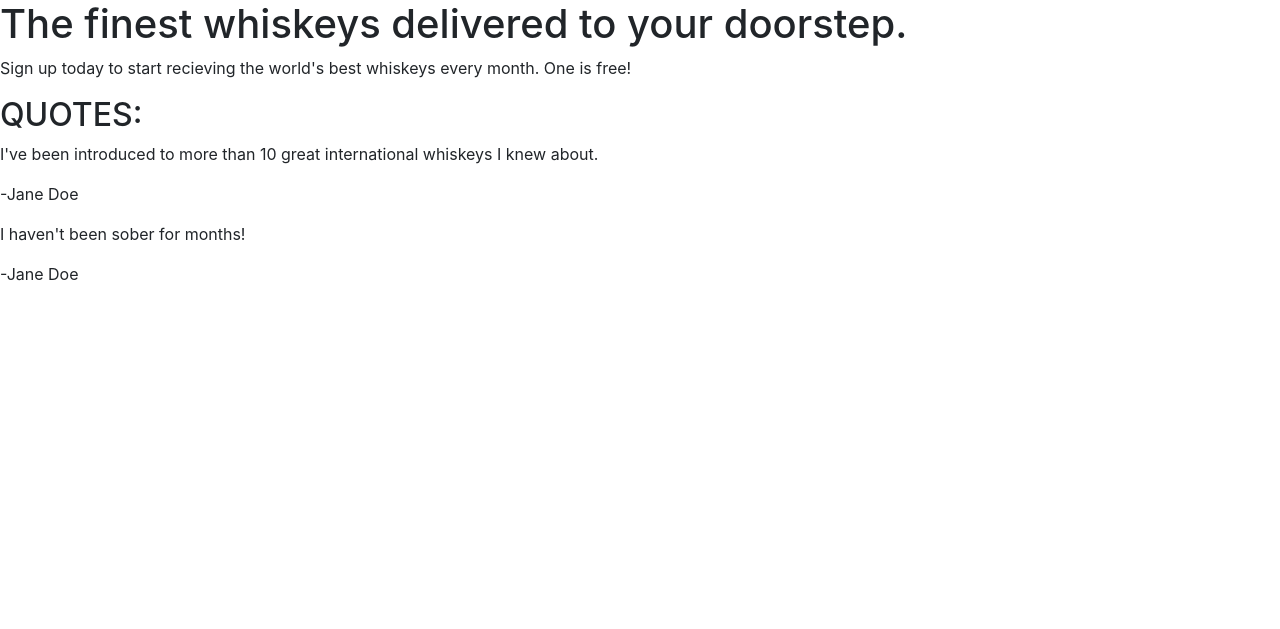
Repository: Leannald13/whiskey-project
Page: index.html
The author's editor kept a record of every edit. The page is drawn from the files as they stood at one moment, then again after the next edit.
The browser window is 1280 px wide. The pictures show the whole page.

Above is the page before.
Console error: TypeError: Cannot read properties of undefined (reading 'fn')

### index.html
<!DOCTYPE html>
<html lang="en">
<head>
    <meta charset="UTF-8">
    <meta name="viewport" content="width=device-width, initial-scale=1.0">
    <meta http-equiv="X-UA-Compatible" content="ie=edge">
    <link rel="stylesheet" href="https://stackpath.bootstrapcdn.com/bootstrap/4.1.3/css/bootstrap.min.css" integrity="sha384-MCw98/SFnGE8fJT3GXwEOngsV7Zt27NXFoaoApmYm81iuXoPkFOJwJ8ERdknLPMO" crossorigin="anonymous">
<script src="https://stackpath.bootstrapcdn.com/bootstrap/4.1.3/js/bootstrap.min.js" integrity="sha384-ChfqqxuZUCnJSK3+MXmPNIyE6ZbWh2IMqE241rYiqJxyMiZ6OW/JmZQ5stwEULTy" crossorigin="anonymous"></script>
    <title>Whiskey Drop: Taste a new whiskey every month</title>
</head>
<body>
    <article class="article">
        <section class="callout">
        <h1>The finest whiskeys delivered to your doorstep.</h1>
        <p>Sign up today to start recieving the world's best whiskeys every month. One is free!</p>
         </section>
    <section class="quotes">
    <h2 class="text-uppercase">Quotes:</h2>
    <div class="quote">
        <p>I've been introduced to more than 10 great international whiskeys I knew about.</p>
          <p>-Jane Doe</p>
    </div>
      <div class="quote">
         <p>I haven't been sober for months!</p>
         <p>-Jane Doe</p>
      </div>

    </section>
    </article>

</body>
</html>

After the next edit:
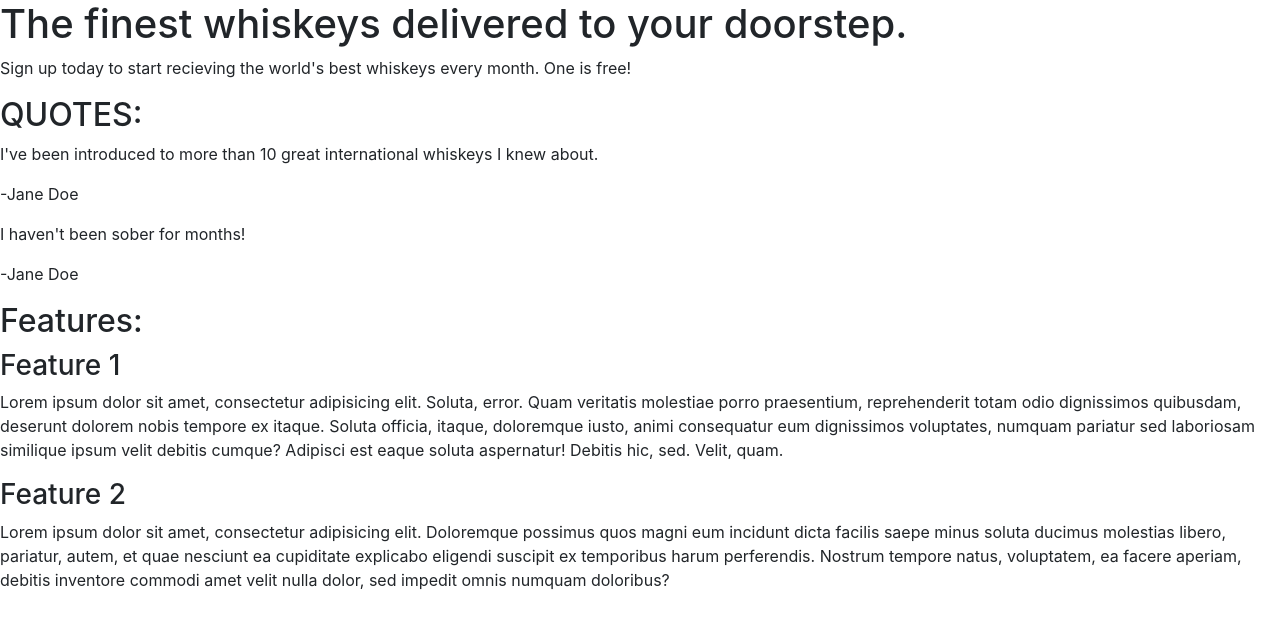
The edit:
--- a/index.html
+++ b/index.html
@@ -24,6 +24,19 @@
          <p>I haven't been sober for months!</p>
          <p>-Jane Doe</p>
       </div>
+    </section>
+    <section class="features">
+        <h2>Features:</h2>
+        <div class="feature">
+            <h3>Feature 1</h3>
+            <p>Lorem ipsum dolor sit amet, consectetur adipisicing elit. Soluta, error. Quam veritatis molestiae porro praesentium, reprehenderit totam odio dignissimos quibusdam, deserunt dolorem nobis tempore ex itaque. Soluta officia, itaque, doloremque iusto, animi consequatur eum dignissimos voluptates, numquam pariatur sed laboriosam similique ipsum velit debitis cumque? Adipisci est eaque soluta aspernatur! Debitis hic, sed. Velit, quam.</p>
+        </div>
+        <div class="feature">
+        <h3>Feature 2</h3>
+        <p>Lorem ipsum dolor sit amet, consectetur adipisicing elit. Doloremque possimus quos magni eum incidunt dicta facilis saepe minus soluta ducimus molestias libero, pariatur, autem, et quae nesciunt ea cupiditate explicabo eligendi suscipit ex temporibus harum perferendis. Nostrum tempore natus, voluptatem, ea facere aperiam, debitis inventore commodi amet velit nulla dolor, sed impedit omnis numquam doloribus?</p>
+        </div>
+
+
 
     </section>
     </article>
